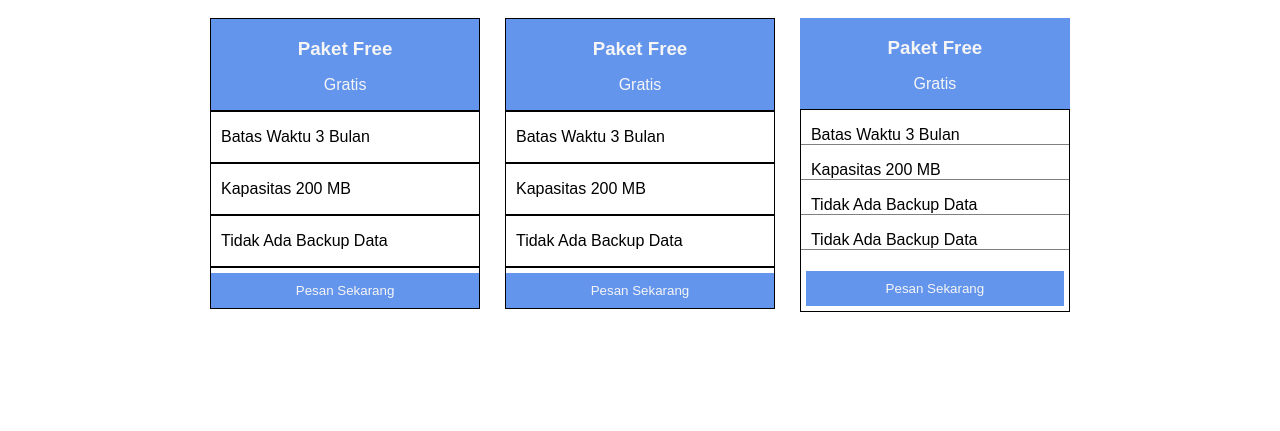
Repository: AHSANS354/tugas-sib5
Page: tugas css/index.html
These files come from the project's save history. The page is drawn as it stood at one moment and after the next save; the edit follows.
The browser window is 1280 px wide. The pictures show the whole page.

Above is the page before, as saved 2023-08-29 16:17:55.

After the next save:
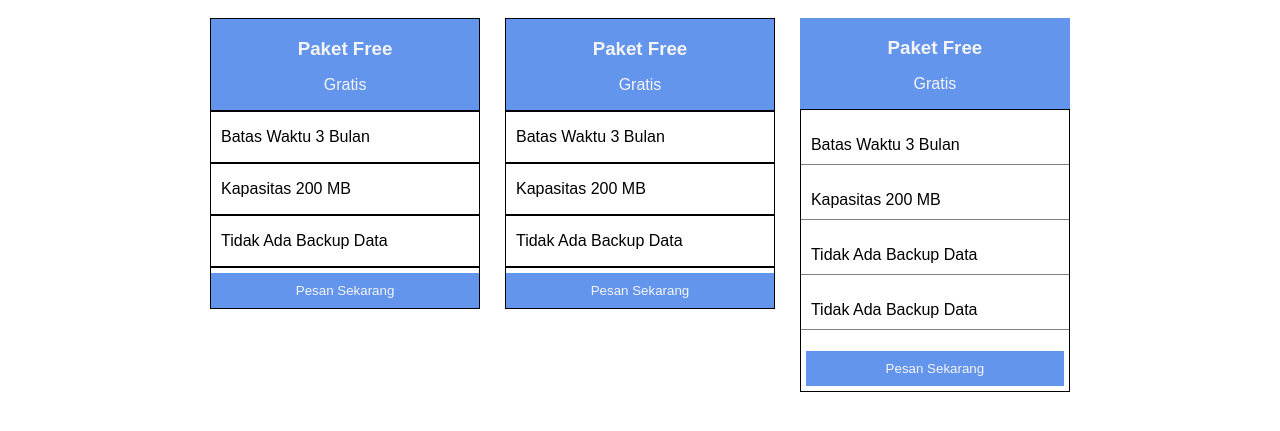
Saved 33 s later.
--- a/tugas css/style.css
+++ b/tugas css/style.css
@@ -121,7 +121,7 @@ h3 {
 }
 
 .content3 p {
-  padding-left: 10px;
+  padding: 10px;
   border-bottom: 1px solid gray;
   display: flex;
   align-items: center;
